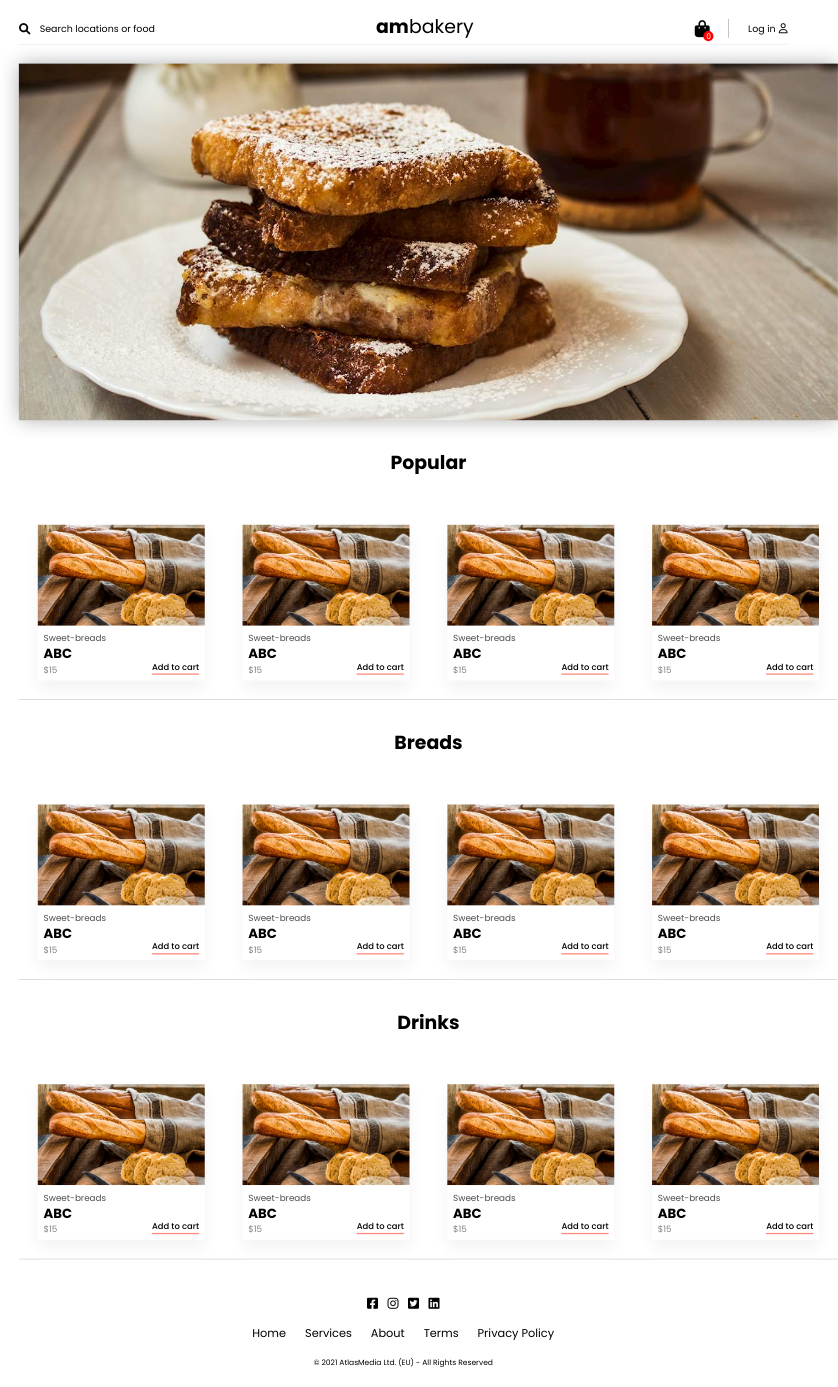
Repository: ntsanq/AmBakery
Page: khachhang/index.html
The author's editor kept a copy of each file at every save. The page is drawn from the files as they stood at one save, then again after the next save.
The browser window is 1280 px wide. The page is 1330 px wide, so the pictures cover 1330 px, including what lies to the right of the window. The pictures show the whole page, at 63% of full size.

Above is the page before, as saved 2021-12-11 16:07:53.

### khachhang/index.html
<!DOCTYPE html>
<html lang="en">
<head>
  <meta charset="UTF-8">
  <meta http-equiv="X-UA-Compatible" content="IE=edge">
  <meta name="viewport" content="width=device-width, initial-scale=1.0">
  <title>Document</title>
  <!-- GOOGLE FONT  -->
  <link href="https://fonts.googleapis.com/css2?family=Poppins:wght@300;400;500;600;700&family=Roboto:wght@500&display=swap0" rel="stylesheet">
    <!-- FONTAWESOME  -->
    <link rel="stylesheet" href="https://cdnjs.cloudflare.com/ajax/libs/font-awesome/6.0.0-beta3/css/all.min.css" integrity="sha512-Fo3rlrZj/k7ujTnHg4CGR2D7kSs0v4LLanw2qksYuRlEzO+tcaEPQogQ0KaoGN26/zrn20ImR1DfuLWnOo7aBA==" crossorigin="anonymous" referrerpolicy="no-referrer" />
  <link rel="stylesheet" href="./css/style.css">
</head>
<body>
  <header>
    <div class="header__left">
      <button class="btn header__search__btn">
        <i class="fas fa-search"></i>
      </button>
      <span>Search locations or food</span>
    </div>
    <div class="header__middle">
      <a href="#" class="header__logo">
        <!-- <img src="img/ta-logo-tamni.png" alt="TasteAtlas">         -->
        <span><b>am</b>bakery</span>
      </a>
    </div>

    <div class="header__right">

      <!-- <a href="#" class="btn header__submit">
        <span>submit info or photo</span>
      </a> -->
      <div class="header__cart">
        <i class="fas fa-shopping-bag"></i>
        <span>0</span>
      </div>
      <div class="vertical-line"></div>
      <a href="#" class="header__login">
        <span>Log in</span>
        <i class="far fa-user"></i>
      </a>


    </div>
    </header>

    <div class="container">
      <div class="banner">
          <img src="img/banner-1.jpg" alt="Pain perdu">
      </div>
      <main>
        <div class="product">
          <h2 class="product__heading">Popular</h2>
          <div class="product_category">
            <div class="product__card">
              <div class="product__card--body">
                <div class="product__photo">
                  <a href="#">
                    <img src="img/product-1.jpg" alt="">
                  </a>
                </div>
                <div class="product__info">
                  <div class="product__info--text">
                    <div class="group">
                      <a href="#">Sweet-breads</a>
                    </div>
                    <h2>
                      <a href="">ABC</a>
                    </h2>
                    <div class="price">
                      <span>$15</span>

                    </div>
                  </div>
                  <div class="product__cart">
                    <button class="product__cart--btn">Add to cart</button>
                  </div>
                </div>
              </div>
            </div>
            <div class="product__card">
              <div class="product__card--body">
                <div class="product__photo">
                  <a href="#">
                    <img src="img/product-1.jpg" alt="">
                  </a>
                </div>
                <div class="product__info">
                  <div class="product__info--text">
                    <div class="group">
                      <a href="#">Sweet-breads</a>
                    </div>
                    <h2>
                      <a href="">ABC</a>
                    </h2>
                    <div class="price">
                      <span>$15</span>

                    </div>
                  </div>
                  <div class="product__cart">
                    <button class="product__cart--btn">Add to cart</button>
                  </div>
                </div>
              </div>
            </div>
            <div class="product__card">
              <div class="product__card--body">
                <div class="product__photo">
                  <a href="#">
                    <img src="img/product-1.jpg" alt="">
                  </a>
                </div>
                <div class="product__info">
                  <div class="product__info--text">
                    <div class="group">
                      <a href="#">Sweet-breads</a>
                    </div>
                    <h2>
                      <a href="">ABC</a>
                    </h2>
                    <div class="price">
                      <span>$15</span>

                    </div>
                  </div>
                  <div class="product__cart">
                    <button class="product__cart--btn">Add to cart</button>
                  </div>
                </div>
              </div>
            </div>
            <div class="product__card">
              <div class="product__card--body">
                <div class="product__photo">
                  <a href="#">
                    <img src="img/product-1.jpg" alt="">
                  </a>
                </div>
                <div class="product__info">
                  <div class="product__info--text">
                    <div class="group">
                      <a href="#">Sweet-breads</a>
                    </div>
                    <h2>
                      <a href="">ABC</a>
                    </h2>
                    <div class="price">
                      <span>$15</span>

                    </div>
                  </div>
                  <div class="product__cart">
                    <button class="product__cart--btn">Add to cart</button>
                  </div>
                </div>
              </div>
            </div>
          </div>
        </div>
        <div class="product">
          <h2 class="product__heading">Breads</h2>
          <div class="product_category">
            <div class="product__card">
              <div class="product__card--body">
                <div class="product__photo">
                  <a href="#">
                    <img src="img/product-1.jpg" alt="">
                  </a>
                </div>
                <div class="product__info">
                  <div class="product__info--text">
                    <div class="group">
                      <a href="#">Sweet-breads</a>
                    </div>
                    <h2>
                      <a href="">ABC</a>
                    </h2>
                    <div class="price">
                      <span>$15</span>

                    </div>
                  </div>
                  <div class="product__cart">
                    <button class="product__cart--btn">Add to cart</button>
                  </div>
                </div>
              </div>
            </div>
            <div class="product__card">
              <div class="product__card--body">
                <div class="product__photo">
                  <a href="#">
                    <img src="img/product-1.jpg" alt="">
                  </a>
                </div>
                <div class="product__info">
                  <div class="product__info--text">
                    <div class="group">
                      <a href="#">Sweet-breads</a>
                    </div>
                    <h2>
                      <a href="">ABC</a>
                    </h2>
                    <div class="price">
                      <span>$15</span>

                    </div>
                  </div>
                  <div class="product__cart">
                    <button class="product__cart--btn">Add to cart</button>
                  </div>
                </div>
              </div>
            </div>
            <div class="product__card">
              <div class="product__card--body">
                <div class="product__photo">
                  <a href="#">
                    <img src="img/product-1.jpg" alt="">
                  </a>
                </div>
                <div class="product__info">
                  <div class="product__info--text">
                    <div class="group">
                      <a href="#">Sweet-breads</a>
                    </div>
                    <h2>
                      <a href="">ABC</a>
                    </h2>
                    <div class="price">
                      <span>$15</span>

                    </div>
                  </div>
                  <div class="product__cart">
                    <button class="product__cart--btn">Add to cart</button>
                  </div>
                </div>
              </div>
            </div>
            <div class="product__card">
              <div class="product__card--body">
                <div class="product__photo">
                  <a href="#">
                    <img src="img/product-1.jpg" alt="">
                  </a>
                </div>
                <div class="product__info">
                  <div class="product__info--text">
                    <div class="group">
                      <a href="#">Sweet-breads</a>
                    </div>
                    <h2>
                      <a href="">ABC</a>
                    </h2>
                    <div class="price">
                      <span>$15</span>

                    </div>
                  </div>
                  <div class="product__cart">
                    <button class="product__cart--btn">Add to cart</button>
                  </div>
                </div>
              </div>
            </div>
          </div>
        </div>
        <div class="product">
          <h2 class="product__heading">Drinks</h2>
          <div class="product_category">
            <div class="product__card">
              <div class="product__card--body">
                <div class="product__photo">
                  <a href="#">
                    <img src="img/product-1.jpg" alt="">
                  </a>
                </div>
                <div class="product__info">
                  <div class="product__info--text">
                    <div class="group">
                      <a href="#">Sweet-breads</a>
                    </div>
                    <h2>
                      <a href="">ABC</a>
                    </h2>
                    <div class="price">
                      <span>$15</span>

                    </div>
                  </div>
                  <div class="product__cart">
                    <button class="product__cart--btn">Add to cart</button>
                  </div>
                </div>
              </div>
            </div>
            <div class="product__card">
              <div class="product__card--body">
                <div class="product__photo">
                  <a href="#">
                    <img src="img/product-1.jpg" alt="">
                  </a>
                </div>
                <div class="product__info">
                  <div class="product__info--text">
                    <div class="group">
                      <a href="#">Sweet-breads</a>
                    </div>
                    <h2>
                      <a href="">ABC</a>
                    </h2>
                    <div class="price">
                      <span>$15</span>

                    </div>
                  </div>
                  <div class="product__cart">
                    <button class="product__cart--btn">Add to cart</button>
                  </div>
                </div>
              </div>
            </div>
            <div class="product__card">
              <div class="product__card--body">
                <div class="product__photo">
                  <a href="#">
                    <img src="img/product-1.jpg" alt="">
                  </a>
                </div>
                <div class="product__info">
                  <div class="product__info--text">
                    <div class="group">
                      <a href="#">Sweet-breads</a>
                    </div>
                    <h2>
                      <a href="">ABC</a>
                    </h2>
                    <div class="price">
                      <span>$15</span>

                    </div>
                  </div>
                  <div class="product__cart">
                    <button class="product__cart--btn">Add to cart</button>
                  </div>
                </div>
              </div>
            </div>
            <div class="product__card">
              <div class="product__card--body">
                <div class="product__photo">
                  <a href="#">
                    <img src="img/product-1.jpg" alt="">
                  </a>
                </div>
                <div class="product__info">
                  <div class="product__info--text">
                    <div class="group">
                      <a href="#">Sweet-breads</a>
                    </div>
                    <h2>
                      <a href="">ABC</a>
                    </h2>
                    <div class="price">
                      <span>$15</span>

                    </div>
                  </div>
                  <div class="product__cart">
                    <button class="product__cart--btn">Add to cart</button>
                  </div>
                </div>
              </div>
            </div>
          </div>
        </div>
      </main>
    </div>
  <footer>
    <div class="social__contact">
      <i class="fab fa-facebook-square"></i>
      <i class="fab fa-instagram"></i>
      <i class="fab fa-twitter-square"></i>
      <i class="fab fa-linkedin"></i>
    </div>
    <div class="footer__nav">
      <ul class="nav__list">
        <li class="nav__list-item">Home</li>
        <li class="nav__list-item">Services</li>
        <li class="nav__list-item">About</li>
        <li class="nav__list-item">Terms</li>
        <li class="nav__list-item">Privacy Policy</li>
      </ul>
    </div>
    <span>&copy; 2021 AtlasMedia Ltd. (EU) - All Rights Reserved</span>
  </footer>
</body>
</html>

### khachhang/css/style.css
* {
  margin: 0;
  padding: 0;
}

*,
*::before,
*::after {
  box-sizing: inherit;
}

html {
  box-sizing: border-box;
  font-size: 62.5%;
}


body {
  font-family: "Poppins", sans-serif;
  font-weight: 400;
  line-height: 1.6rem;
  font-size: 1.4rem;
  margin: 3rem;
  position: relative;
  background-color: #fff;
}

header{
  width: 100%;
  font-family: inherit;
  display: flex;
  justify-content: space-between;
  align-items: center;
  font-size: 1.5rem;
  padding-bottom: 1rem;
  border-bottom: 1px solid rgba(221, 218, 218, 0.445);
}
a{
  text-decoration: none;
  color: black;
}
.vertical-line{
  width: 1px; /* Line width */
  background-color: rgba(0, 0, 0, 0.377); /* Line color */
  height: 3rem;
}
/* HEADER */
.btn{
  border: none;
  background-color: transparent;
}
.header__left{
  display: flex;
  justify-content: center;
  align-items: center;
  gap: 0 1.5rem;
}
.fa-search{
  font-size: 1.8rem;

}
.header__logo span{
  font-size: 3rem;
}
/* .header__logo img{
  width: 12.8rem;
  height: 2.8rem;
} */
.header__submit{
  border: 1px solid rgba(204, 204, 204, 0.555);
  padding: 1rem 2rem;
}
.header__right{
  display: flex;
  justify-content: center;
  align-items: center;
  gap: 0 3rem;
}
/* .header__submit span{
  text-transform: uppercase;
  font-family: "Roboto",sans-serif;
  font-weight: 500;
  display: inline-block;
  vertical-align: center;
} */
.header__login{
  display: flex;
  justify-content: center;
  align-items: center;
  gap: 0 0.5rem;
  transition: all .3s;
}
.header__login:hover{
  color:  #fe8777 ;

}
.fa-user{
  font-size: 1.6rem;
}
.header__cart{
  position: relative;
}
.header__cart span{
  font-size: 1.2rem;
  position: absolute;
  right: 0;
  bottom: 0;
  transform: translate(40%,40%);
  z-index: 100000;
  width: 1.6rem;
  height: 1.6rem;
  border-radius: 100rem;
  background-color: red;
  color: #fff;
  display: flex;
  justify-content: center;
  align-items: center;
}
.fa-shopping-bag{
  font-size: 2.7rem;
  transition: all 0.3s;

}
.fa-shopping-bag:hover{
  color:  #fe8777 ;
  cursor: pointer;
}

/* ///////////////////////////////////////////////
////////////////////// BANNER */
.container{
  width: 130rem;
  margin: 3rem auto;

}
.banner{
  display: flex;
  justify-content: center;
  align-items: center;
}
.banner img{
  box-shadow: 0rem 0rem 3rem 0rem  rgba(0, 0, 0, 0.336)
}

/* /////////////////////////////////////
///////////////////////// PRODUCT CATEGORY */

.product{
  display: flex;
  justify-content: center;
  align-items: center;
  flex-direction: column;
  border-bottom: 1px solid #ccc;

}
.product__heading{
  font-size: 3rem;
  margin: 6rem;
}
.product_category{
  display: flex;
  justify-content: space-between;
  align-items: center;
}
.product__card{
  flex: 1 1 25%;
  padding: 3rem;
  color: #828282;
}
.product__card--body{
  display: flex;
  justify-content: center;
  align-items: flex-start;
  flex-direction: column;
  background-color: #fff;
  box-shadow: 0 1.3rem 2.4rem 0 rgb(0 0 0 / 5%);
}
.product__photo img{
  width: 100%;
  height: 16rem;
}
.product__info{
align-self: stretch;
display: flex;
justify-content: center;
align-items: flex-start;
flex-direction: column;
gap: 1.5rem 0;
margin: .9rem;
position: relative;
}
.product__info--text{
  display: flex;
  justify-content: center;
  align-items: flex-start;
  flex-direction: column;
  gap: .9rem 0;
}
.group a{
  color: rgb(75, 75, 75);
}
.price{

}
.product__cart{
  position: absolute;
  right: 0;
  bottom: 0;
}
.product__cart--btn{
  font-family: inherit;
  font-weight: 500;
  border: none;
  background-color: transparent;
  border-bottom: 2px solid #fe8777;
}
.product__cart--btn:hover{
  cursor: pointer;
  color:  #fe8777 ;
  transition: all .3s;
}


/* ///////////////////////////////////////////
///////////////// FOOTER  */
footer{
  margin-top: 6rem;
  display: flex;
  justify-content: center;
  align-items: center;
  flex-direction: column;
  gap: 3rem 0;
}
.social__contact{
  display: flex;
  justify-content: center;
  align-items: center;
  gap: 0 1.5rem;
}
.social__contact .fab{
  font-size: 2rem;
}
.social__contact .fab:hover{
cursor: pointer;
}

.footer__nav{

}
.nav__list{
  display: flex;
  justify-content: center;
  align-items: center;
  list-style: none;
  gap: 0 3rem;
  font-size: 1.8rem;

}
.nav__list-item:hover{
  cursor: pointer;
}
footer span{
  font-size: 1.2rem;
}

After the next save:
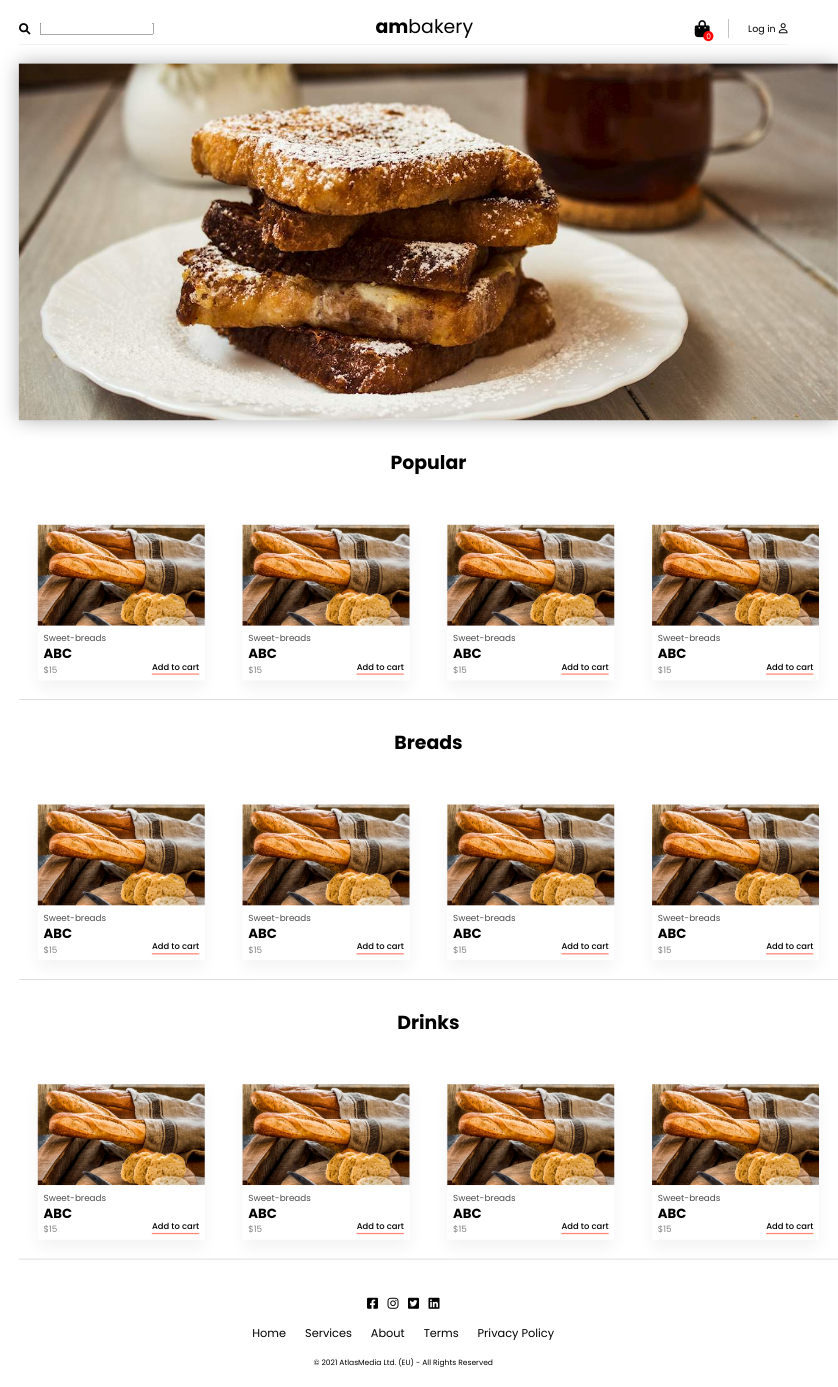
Saved 48 s later.
--- a/khachhang/index.html
+++ b/khachhang/index.html
@@ -17,7 +17,7 @@
       <button class="btn header__search__btn">
         <i class="fas fa-search"></i>
       </button>
-      <span>Search locations or food</span>
+      <input type="text">
     </div>
     <div class="header__middle">
       <a href="#" class="header__logo">
